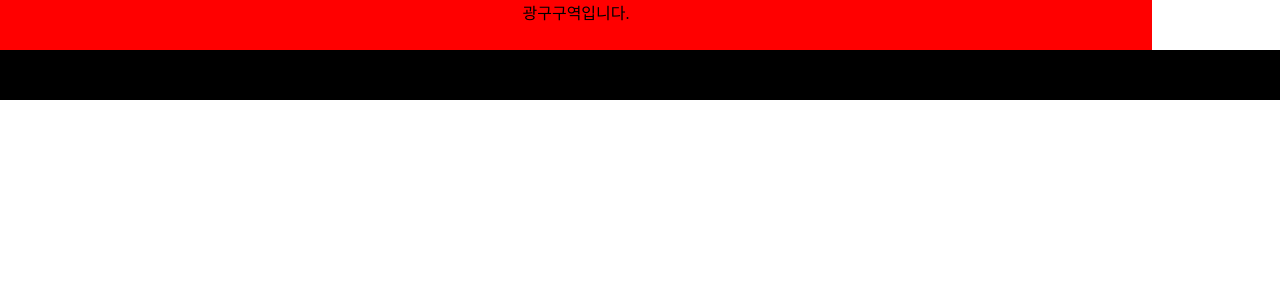
Repository: leehyeonung/myproject
Page: http://localhost/myproject/
These files come from the project's save history. The page is drawn as it stood at one moment and after the next save; the edit follows.
The browser window is 1280 px wide. The pictures show the whole page.
The page is served by Tomcat 9.

Above is the page before, as saved 2023-03-15 12:30:14.

After the next save:
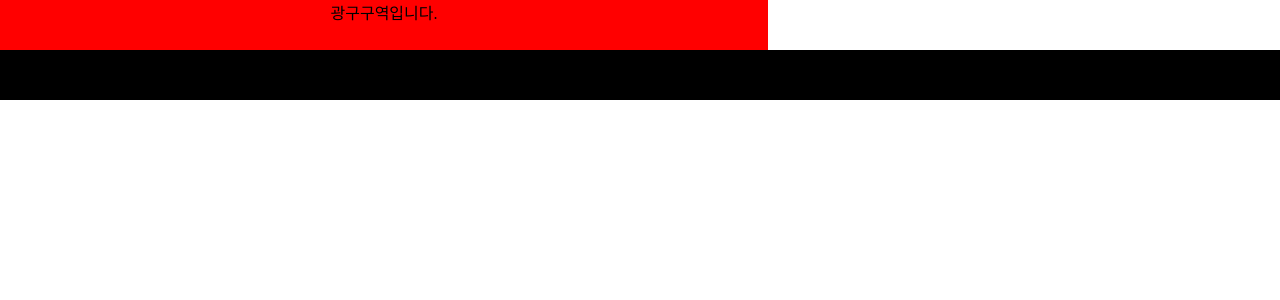
Saved 7 s later.
--- a/myproject/src/main/webapp/resources/css/header.css
+++ b/myproject/src/main/webapp/resources/css/header.css
@@ -5,7 +5,7 @@
 }
 
 .ad{
-	width:90%;
+	width:60%;
 	height: 50px;
 	background-color: red;
 }
